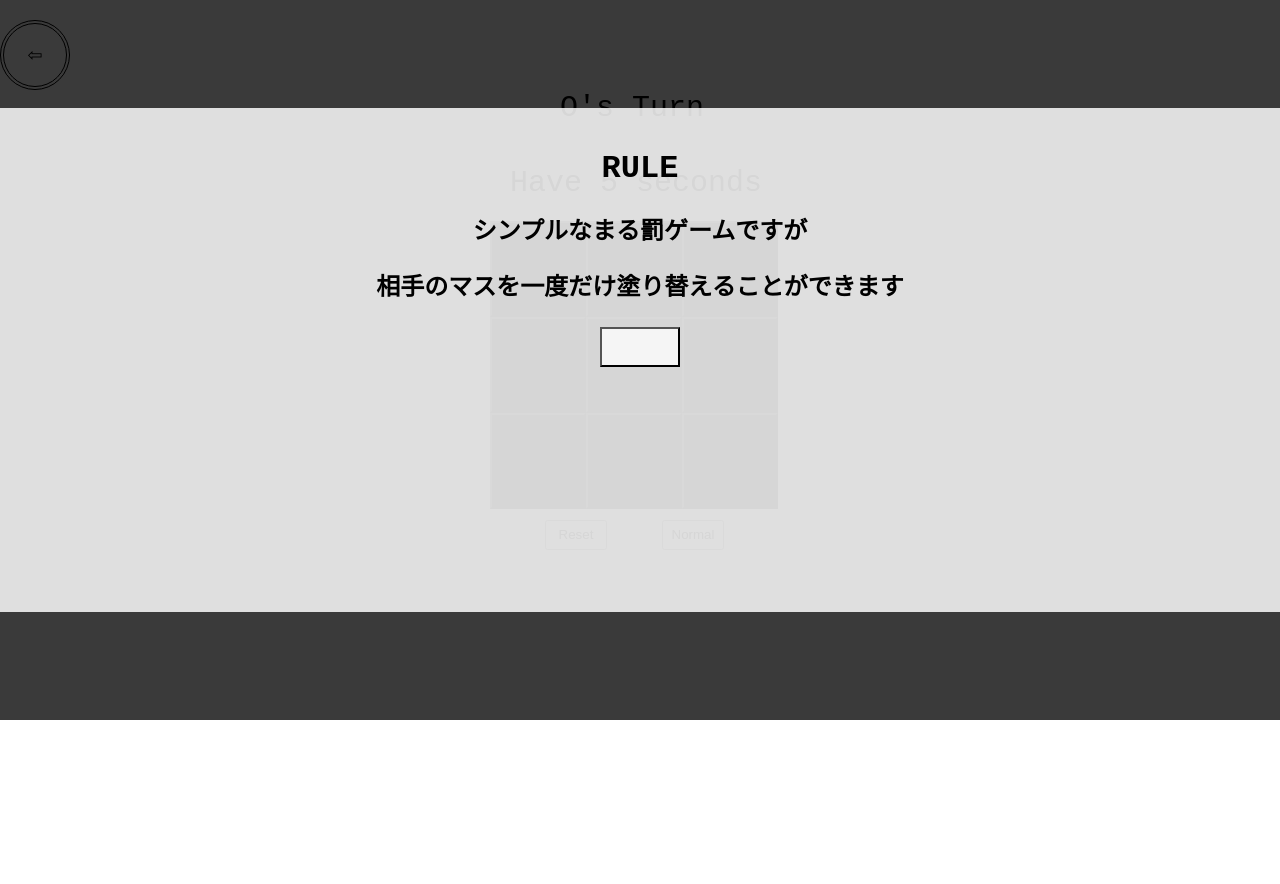
Repository: Mush-s/Folio-OX
Page: /tictactou
The author's editor kept a copy of each file at every save. The page is drawn from the files as they stood at one save, then again after the next save.
The browser window is 1280 px wide. The pictures show the whole page.
The project was rebuilt for these pictures with package versions that can differ from the ones it lists, and the page was loaded fresh each time. Also part of the build but not shown: src/TicTacToe/AfterGame/AfterGame.css, src/TicTacToe/AfterGame/AfterGame.js, src/NanMon/BeforeGame/BeforeGame.js, src/NanMon/Game/Character/Character.css, src/NanMon/Game/Player/Player.js, src/NanMon/AfterGame/AfterGame1.css, src/NanMon/AfterGame/AfterGame1.js, src/NanMon/Game/Correct/Correct.css and 8 more.

Above is the page before, as saved 2022-09-20 10:55:42.

After the next save:
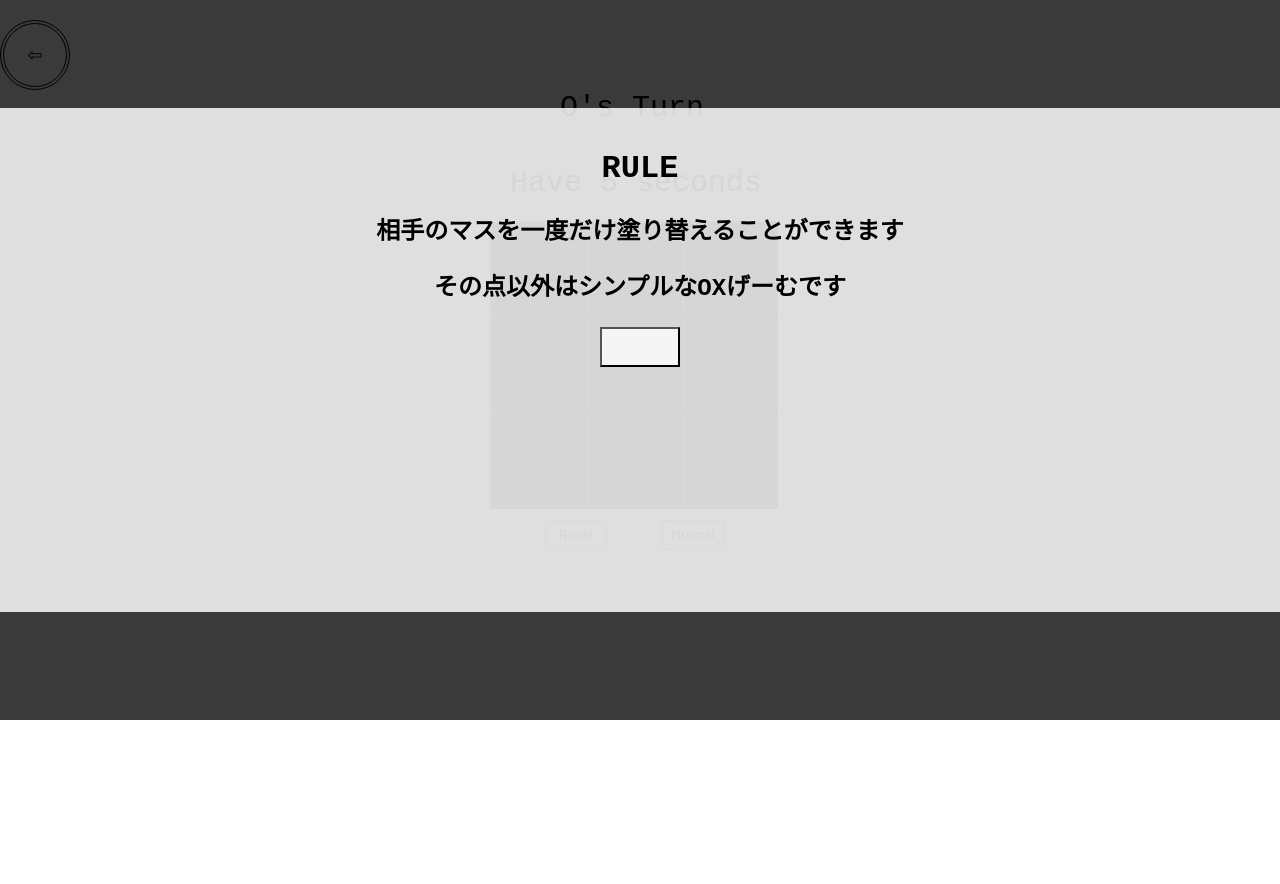
Saved 67 s later.
--- a/src/TicTacToe/BeforeGame/BeforeGame.js
+++ b/src/TicTacToe/BeforeGame/BeforeGame.js
@@ -5,8 +5,8 @@ const BeforeGame = (props) => {
     <div className="before">
       <div className="content">
         <h1>RULE</h1>
-        <h2>シンプルなまる罰ゲームですが</h2>
         <h2>相手のマスを一度だけ塗り替えることができます</h2>
+        <h2>その点以外はシンプルなOXげーむです</h2>
         <button onClick={props.onClick}></button>
       </div>
     </div>
